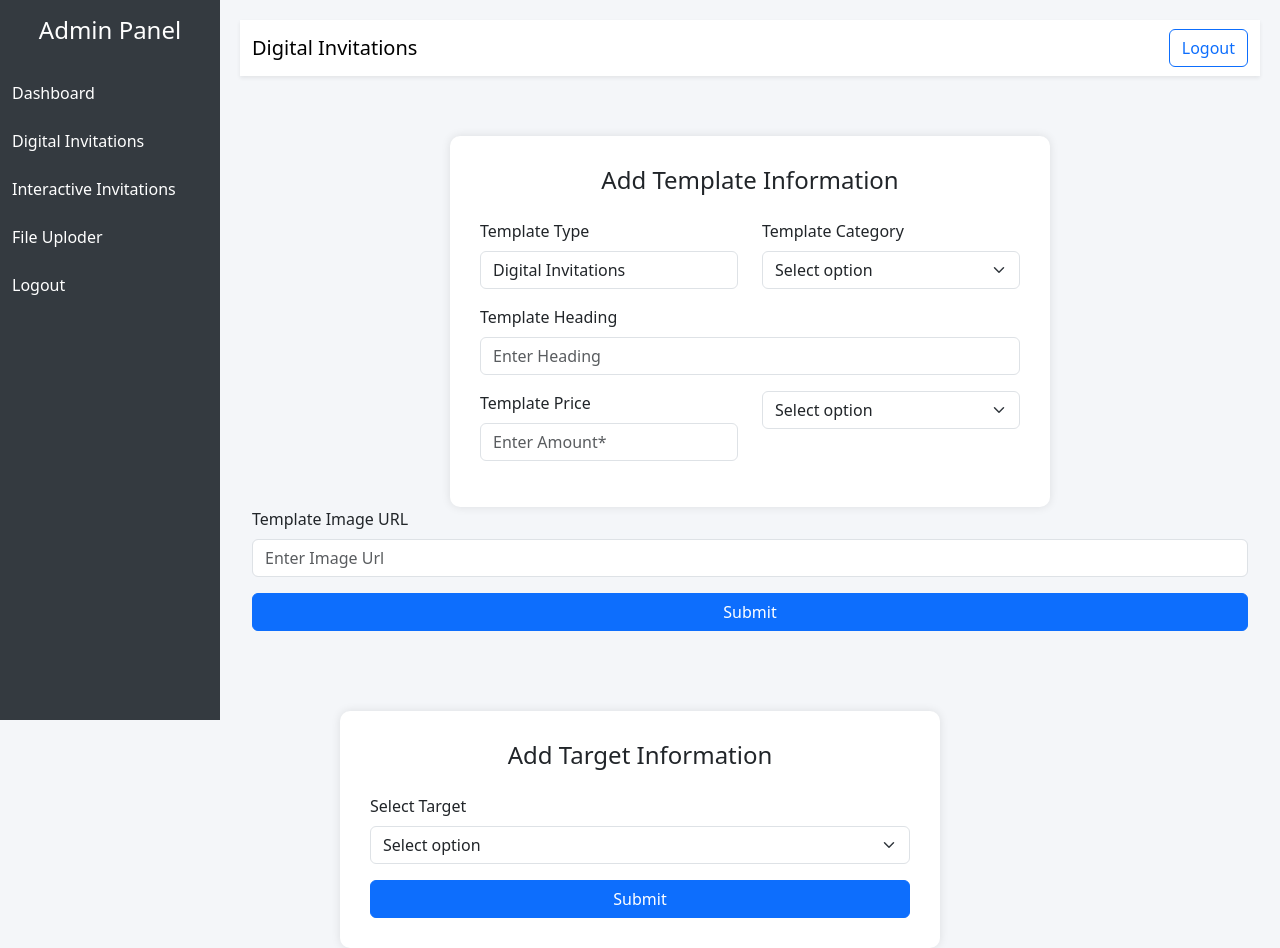
Repository: viraj7551/Flying-Invite-Project
Page: http://localhost/Admin03/digital_invitation.jsp
The author's editor kept a copy of each file at every save. The page is drawn from the files as they stood at one save, then again after the next save.
The browser window is 1280 px wide. The pictures show the whole page.
Some web fonts or font styles are not loaded; a fallback is used. The page is served by Tomcat 9. Other server files are loaded and not shown.

Above is the page before, as saved 2026-05-18 14:48:51.

### Admin03/WebContent/digital_invitation.jsp
<%@ page language="java" contentType="text/html; charset=ISO-8859-1"
    pageEncoding="ISO-8859-1"%>
<!DOCTYPE html>
<html lang="en">
<head>
<meta charset="UTF-8">
<meta name="viewport" content="width=device-width, initial-scale=1.0">

<title>Admin Dashboard</title>
<link rel="preconnect" href="https://fonts.googleapis.com">

<link
	href="https://fonts.googleapis.com/css2?family=Grey+Qo&family=Poppins:ital,wght@0,100;0,200;0,300;0,400;0,500;0,600;0,700;0,800;0,900;1,100;1,200;1,300;1,400;1,500;1,600;1,700;1,800;1,900&display=swap"
	rel="stylesheet">

<!-- Bootstrap CSS -->
<link href="https://cdn.jsdelivr.net/npm/bootstrap@5.3.2/dist/css/bootstrap.min.css" rel="stylesheet">

<style>

body{
background:#f4f6f9;
}

/* Sidebar */
.sidebar{
height:100vh;
background:#343a40;
color:white;
position:fixed;
width:220px;
}

.sidebar a{
color:white;
text-decoration:none;
display:block;
padding:12px;
}

.sidebar a:hover{
background:#495057;
}

/* Content */
.content{
margin-left:220px;
padding:20px;
}

/* Cards */
.card-box{
border-radius:10px;
color:white;
padding:20px;
}

.bg-blue{background:#0d6efd;}
.bg-green{background:#198754;}
.bg-orange{background:#fd7e14;}
.bg-red{background:#dc3545;}

.form-container{
max-width:600px;
margin:auto;
margin-top:60px;
padding:30px;
background:white;
border-radius:10px;
box-shadow:0 0 10px rgba(0,0,0,0.1);
}



/* Mobile */
@media(max-width:768px){

.sidebar{
position:relative;
width:100%;
height:auto;
}

.content{
margin-left:0;
}

}
</style>


</head>

<body>

<div class="sidebar">

<h4 class="text-center py-3">Admin Panel</h4>

<a href="dashboard.jsp">Dashboard</a>
<a href="#">Digital Invitations</a>
<a href="#">Interactive Invitations</a>
<a href="file_uploader.jsp">File Uploder</a>
<a href="administrator.jsp">Logout</a>

</div>


<div class="content">

<!-- Navbar -->

<nav class="navbar navbar-light bg-white shadow-sm mb-4">
<div class="container-fluid">

<span class="navbar-brand">Digital Invitations</span>

<a href="administrator.jsp" class="btn btn-outline-primary">Logout</a>

</div>
</nav>



 <!-- ----------------- Form starts here -->

<div class="container">

<div class="form-container">

<h4 class="mb-4 text-center">Add Template Information</h4>

<form method="POST" action="/Admin03/Invitations">

<div class="row">

     <div class="col-md-6 mb-3">
          <label class="form-label">Template Type</label>
          <input type="text" class="form-control" placeholder="Enter first name" name="template_type_selector"  value = "Digital Invitations" readonly>
    </div>

     <div class="col-md-6 mb-3">
          <label class="form-label">Template Category</label>
          <select class="form-select" name="template_category_selector">
             <option selected>Select option</option>
             <option value="Greeting">Greetings</option>
             <option value="Invitation">Invitation</option>
          </select>
    </div>
</div>

<div class="mb-3">
      <label class="form-label">Template Heading</label>
      <input type="text" class="form-control" placeholder="Enter Heading" name="template_heading">
</div>


<div class="row">
     <div class="col-md-6 mb-3">
          <label class="form-label">Template Price</label>
          <input type="text" class="form-control" placeholder="Enter Amount*" name="total_amount">
     </div>
     <div class="col-md-6 mb-3">
              <select class="form-select" name="download_type">
                 <option selected>Select option</option>
                 <option value="Greeting">Free</option>
                 <option value="Invitation">Pay</option>
             </select>
     </div>

     </div>
</div>



<div class="mb-3">
       <label class="form-label">Template Image URL</label>
       <input type="text" class="form-control" placeholder="Enter Image Url" name="template_image">
</div>

<div class="d-grid">
      <button type="submit" class="btn btn-primary">Submit </button>
</div>

</form>

</div>

</div>

 <!-- ------------------ Form ends here -->


 <!-- -------------------- Form 2 starts here -->

<div class="container">
<div class="form-container">
<h4 class="mb-4 text-center">Add Target Information</h4>
<form method="POST" action="/Admin03/SetTargetInformation">
<div class="row">
      <div class="mb-3">
      <label class="form-label">Select Target</label>
      <select id ="first_drop_down" class="form-select" onchange = "festivalFilter()" name="target_selector">
          <option selected>Select option</option>
          <option value="Wedding">Wedding</option>
          <option value="Baby Shower">Baby Shower</option>
          <option value="Birthday">Birthday</option>
          <option value="Anniversary">Anniversary</option>
          <option value="Festival">Festival</option>
       </select>
</div>
</div>

<div class="row">
<div class="mb-3"  id="second_drop_down"  style="display:none;">
      <label class="form-label">Select Festival</label>
          <select class="form-select" name="festival_selector">
             <option selected>Select option</option>
             <option value="Makar Sankranti">Makar Sankranti</option>
             <option value="Holi">Holi</option>
             <option value="Eid-ul-Fitr">Eid-ul-Fitr</option>
             <option value="Gudi Padwa">Gudi Padwa</option>
             <option value="Ram Navami">Ram Navami</option>
             <option value="Easter">Easter</option>
             <option value="Independence Day">Independence Day</option>
             <option value="Raksha Bandhan">Raksha Bandhan</option>
             <option value="Janmashtami">Janmashtami</option>
             <option value="Ganesh Chaturthi">Ganesh Chaturthi</option>
             <option value="Dussehra">Dussehra</option>
             <option value="Diwali">Diwali</option>
          </select>
   </div>
</div>

<div class="d-grid">
 <button type="submit" class="btn btn-primary"> Submit </button>
</div>

</form>
</div>
</div>


 <!-- ---------------------Form 2 ends here -->


</div>

<script>

   function festivalFilter(){
	   let firstValue = document.getElementById("first_drop_down").value;
	   if(firstValue === "Festival"){
		   document.getElementById("second_drop_down").style.display="block";
	   }else{
		   document.getElementById("second_drop_down").style.display="none";
	   }
   }

</script>

<script src="https://cdn.jsdelivr.net/npm/bootstrap@5.3.2/dist/js/bootstrap.bundle.min.js"></script>
</body>
</html>

After the next save:
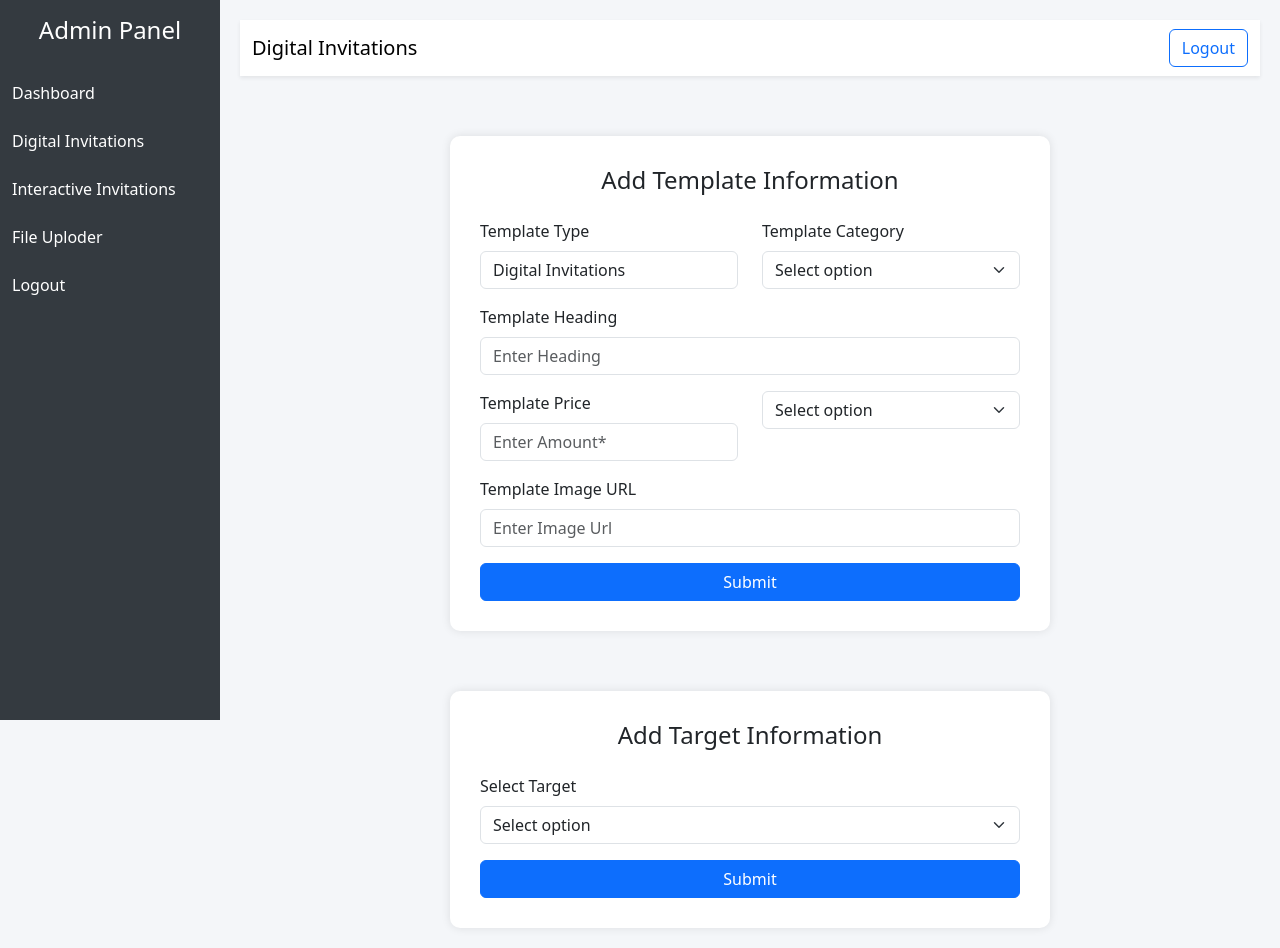
Saved 41 s later.
--- a/Admin03/WebContent/digital_invitation.jsp
+++ b/Admin03/WebContent/digital_invitation.jsp
@@ -167,10 +167,7 @@ margin-left:0;
                  <option value="Invitation">Pay</option>
              </select>
      </div>
-
-     </div>
-</div>
-
+ </div>
 
 
 <div class="mb-3">
